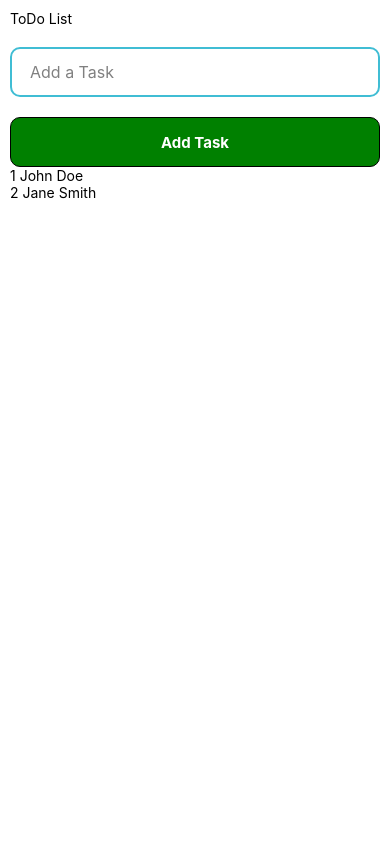
Repository: raisingh22/Projects
Screen: /
These files come from the project's save history. The screen is drawn as it stood at one moment and after the next save; the edit follows.
The app was drawn by React Native's web renderer in a window 390 px wide. The project was rebuilt for these pictures with package versions that can differ from the ones it lists, and the page was loaded fresh each time.

Above is the screen before, as saved 2024-01-21 19:11:14.

After the next save:
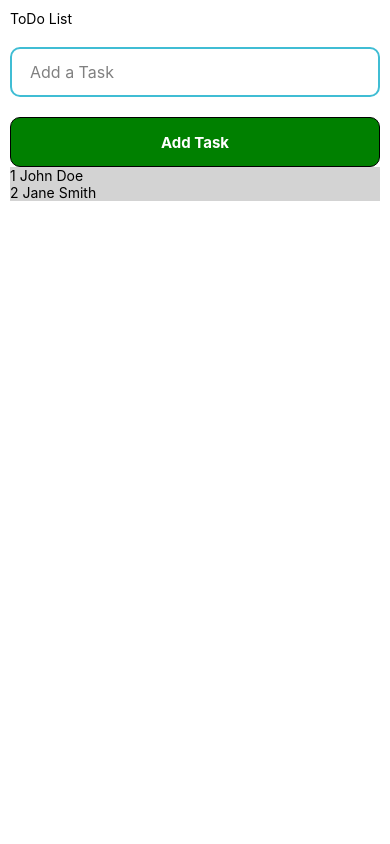
Saved 53 s later.
--- a/src/components/MyFlatList.js
+++ b/src/components/MyFlatList.js
@@ -15,5 +15,8 @@ const MyFlatList = ({data, renderItem = (item, index) => {}}) => {
 export default MyFlatList;
 
 const styles = StyleSheet.create({
-  list: {},
+    list: {
+        flex: 1, // Example: Expand the FlatList to fill available space
+        backgroundColor: 'lightgray', // Example: Set background color
+      },
 });
